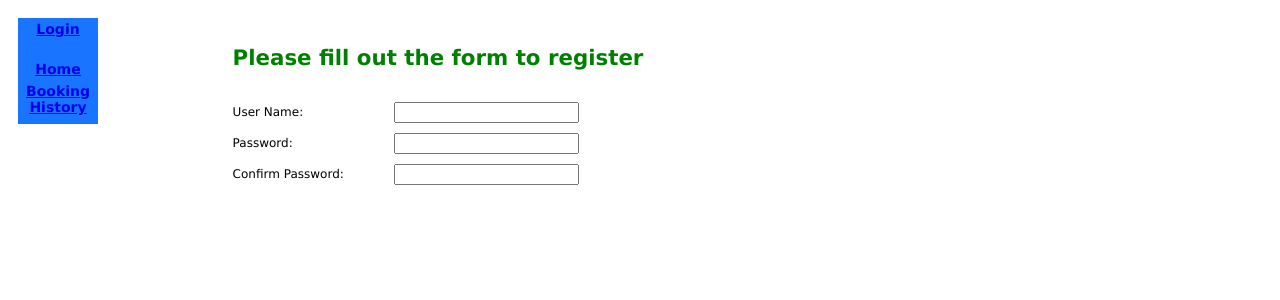
Repository: jliu9000/CSE-464---Flight-Pages
Page: http://localhost/HW1/Registration.jsp
These files come from the project's save history. The page is drawn as it stood at one moment and after the next save; the edit follows.
The browser window is 1280 px wide. The pictures show the whole page.
Some web libraries are served in a nearby version. The page is served by Tomcat 9.

Above is the page before, as saved 2014-09-25 23:33:59.

After the next save:
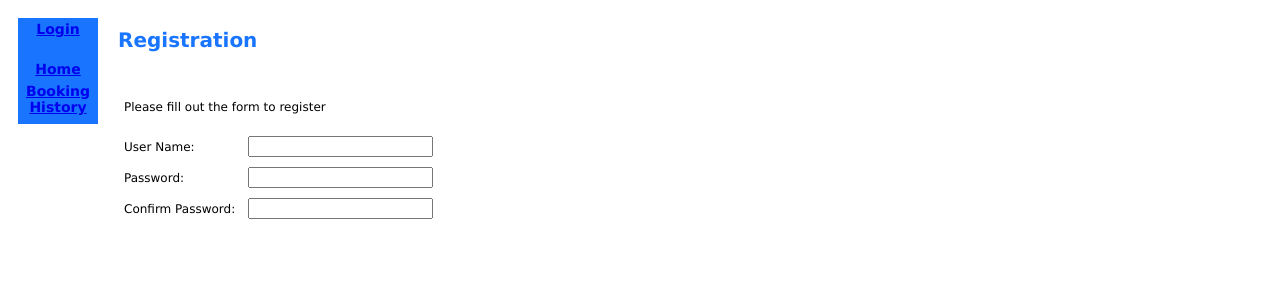
Saved 57 s later.
--- a/HW1/WebContent/Registration.jsp
+++ b/HW1/WebContent/Registration.jsp
@@ -4,7 +4,7 @@
 <html>
 <head>
 <script src="http://ajax.googleapis.com/ajax/libs/jquery/1.11.1/jquery.min.js"></script>
-<link rel="stylesheet" type="text/css" href="./CSS/Styles.css">
+<link rel="stylesheet" type="text/css" href="./CSS/FlightStyles.css">
 <meta http-equiv="Content-Type" content="text/html; charset=ISO-8859-1">
 <title>Registration</title>
 
@@ -17,8 +17,8 @@
         </script>
 	</div>
 
-	<div style="width:750px">
-
+	<div class='main' style="width:750px">
+		<p class='PageTitle'>Registration</p>
 
 		<form action="Registration" method="GET" onsubmit="return formSubmit();">
 			<table class="center">
